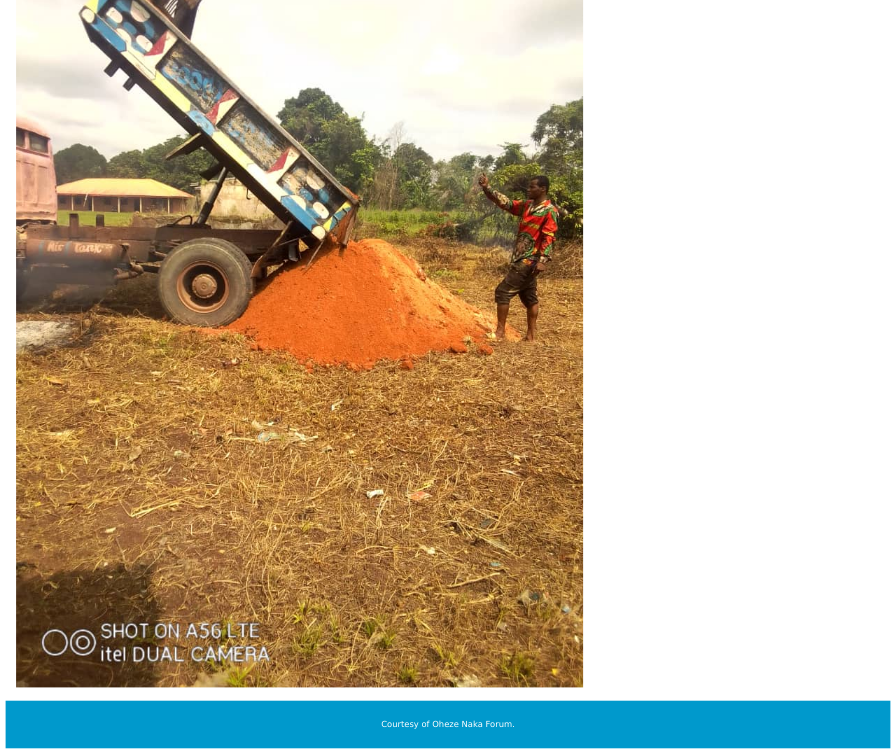
Repository: OtasowieRotimiOsifo/oheze-naka-forum
Page: projects_update_info.html
The author's editor kept a copy of each file at every save. The page is drawn from the files as they stood at one save, then again after the next save.
The browser window is 1280 px wide. The pictures show the part of the page from y = 2820 to 4740 px (the page is 3897 px tall before and 4740 px after), at 70% of full size.

Above is the page before, as saved 2021-07-23 23:42:12.

After the next save:
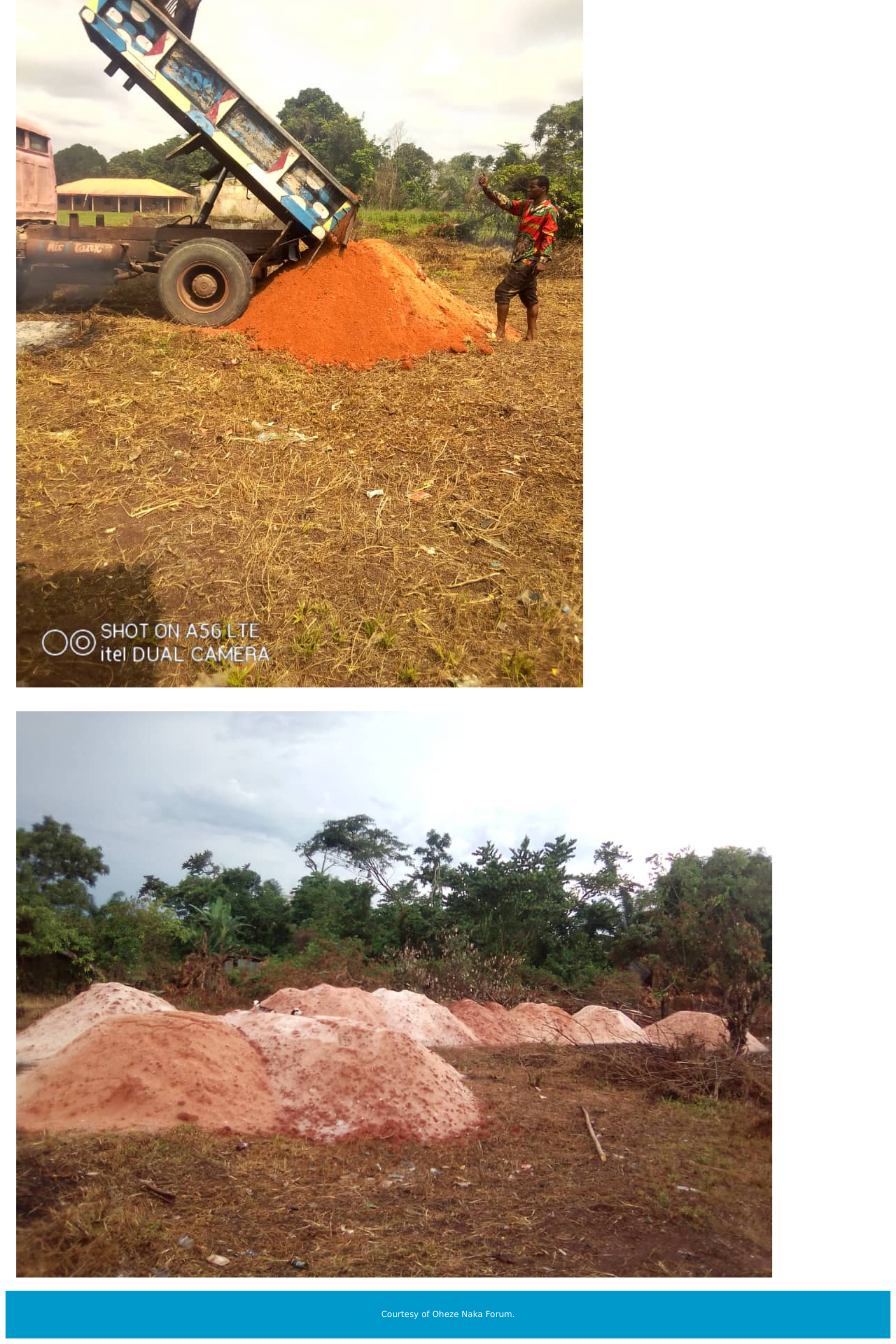
Saved 101 s later.
--- a/projects_update_info.html
+++ b/projects_update_info.html
@@ -137,6 +137,11 @@ html {
       <img src="project_updates/delivery-of-sand-2.jpeg"/>
   </div>
   </div>
+  <div class="row">
+    <div  class="col-12 col-s-12">
+      <img src="project_updates/sand.jpeg"/>
+  </div>
+  </div>
 <div class="footer">
   <p>Courtesy of Oheze Naka Forum.</p>
 </div>
